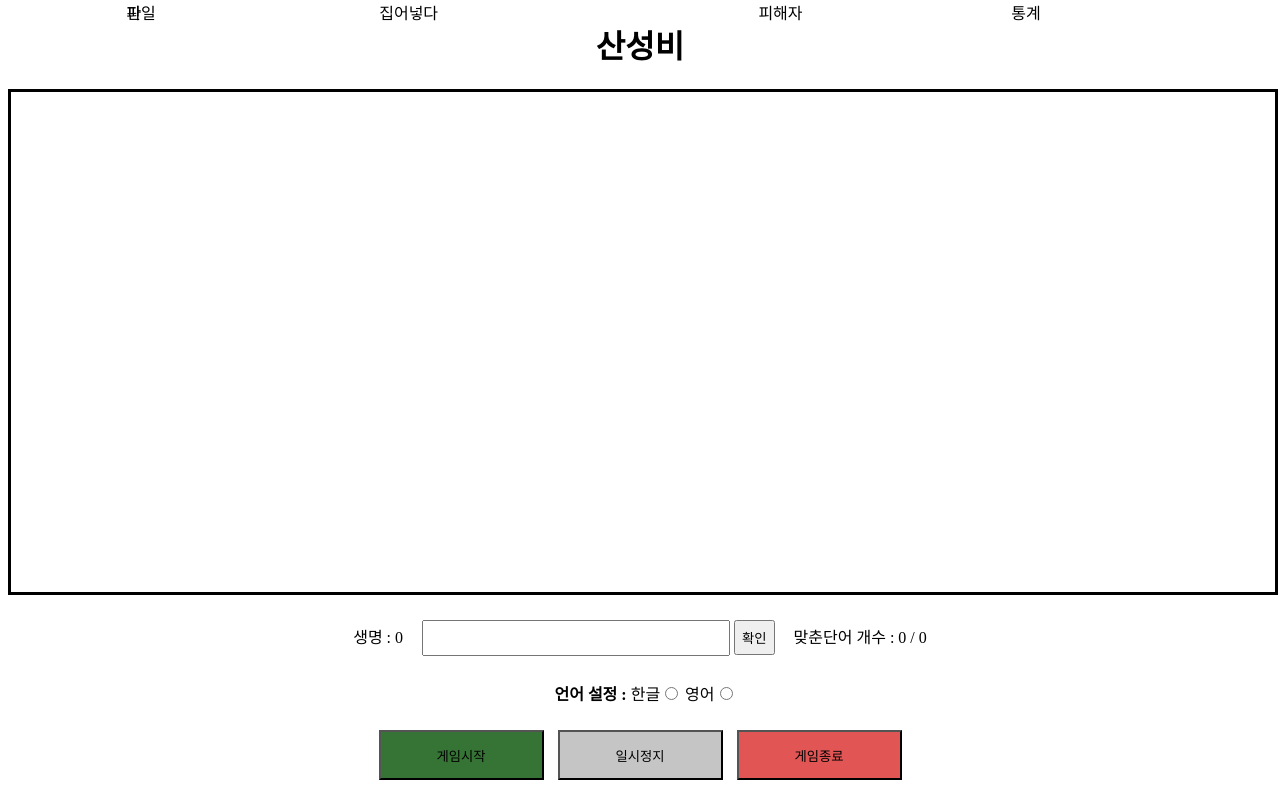
Repository: yuj1818/Hustar_JavaScript
Page: edu/edu/view/js_edu/sanseongbee.html
These files come from the project's save history. The page is drawn as it stood at one moment and after the next save; the edit follows.
The browser window is 1280 px wide. The pictures show the whole page.

Above is the page before, as saved 2022-06-02 07:39:46.
Console error: ReferenceError: word_els is not defined

### edu/edu/view/js_edu/sanseongbee.html
<!DOCTYPE html>
<html>
	<head>
		<meta charset="UTF-8">
		<title>산성비 게임</title>
		<style>
			.game_main {
				border: 3px solid #000;
				width: 100%;
				height: 500px;
			}

			input#answer {
				width: 300px;
				height: 30px;
			}

			button#answer_submit {
				height:  35px;
			}

			.game_management_btn {
				width: 165px;
				height: 50px;
				/* top right botton left*/
				margin: 0px 5px;
				/*margin 값이 2개만 있으면 앞에 거는 위아래, 뒤에 거는 양쪽으로 해석*/
			}

			.background_red {
				background-color: #e15555;
			}

			.background_green {
				background-color: #357435;
			}

			.background_gray {
				background-color: #c5c5c5;
			}

			.text_center {
				text-align: center;
			}
		</style>
	</head>
	<body>
		<h1 class="text_center">산성비</h1>

		<div class="game_main" id="game_main"></div>

		<div class="text_center" style="margin-top: 25px">
			<span style="margin-right: 15px;">
				생명 :
				<span id="life">0</span>
			</span>

			<span style="margin-right: 15px;">
				<input id="answer" type="text"/>
				<button id="answer_submit">확인</button>
			</span>

			<span>
				맞춘단어 개수 :
				<span id="words_size">0</span>
				/
				<span id="answer_size">0</span>
			</span>
		</div>

		<div class="text_center" style="margin-top: 25px;">
			<span style="font-weight: bold; margin-left: 10px;">언어 설정 : </span>
			<label for="korean">한글</label><input id="korean" name="lan_type" type="radio"/>
			<label for="english">영어</label><input id="english" name="lan_type" type="radio"/>
		</div>

		<div class="text_center" style="margin-top: 25px">
			<button class="game_management_btn background_green">게임시작</button>
			<button class="game_management_btn background_gray">일시정지</button>
			<button class="game_management_btn background_red">게임종료</button>
		</div>
	</body>

	<script>




		/*
			게임 종료
				↳단어 한개씩 표출하기 -> 중단 or 다 삭제
					↳표출된 단어 밑으로 내리기 -> 중단 or 다 삭제
				↳게임 수행 결과 표시(맞춘 단어 개수, 오타 개수, 남은 생명)
				↳생명 0으로 만들기 -> 선택
				↳맞춘 개수 0으로 만들기 -> 선택
		*/

		/*
			일시정지
				↳단어 한개씩 표출하기 -> 중단 -> 일시정지 중인 것을 확인 할 수 있도록 표시
				↳표출된 단어 밑으로 내리기 -> 중단
		*/

		//생명
		const _life = 3;

		//게임 총 진행 시간
		const _game_time = 60;

		//단어가 내려오는 속도
		const _word_speed = 1;

		//단어가 내려오는 위치 크기(px)
		const _word_down_size = 50;

		//단어 목록
		let words = {
				korean: ["집어넣다", "통계", "파일", "판", "피해자"],
				english: ["aaa", "bbb", "ccc", "ddd", "eee"]
		};
					/* "집어넣다", "통계", "파일", "판", "피해자","필수적","학용품","환하다","화분","감기","강남","구속되다",
					"돌아다니다","등등","멋지다","반팔","반찬","방지","베다","보장하다","세다","소개되다","씨","안쪽","억울하다",
					"오가다","요구되다","음성","이윽고","장식","전개하다","전날","전반적";*/

		//현재 생명
		let life = 0;

		//맞춘 단어 개수
		let answer_size = 0;

		//오타 개수
		let wrong_size = 0;

		//현재 게임 시간
		let game_time = 0;

		//언어 설정 값
		let lan_type = "korean";

		/*
			게임 시작 전
				↳언어 설정(default값: 한글)
				↳초기화
					↳생명 = 3
					↳맞춘 개수 = 0
					↳오타 개수 = 0
		*/
		//java script data 초기화
		function reset () {
			life = _life;
			answer_size = 0;
			wrong_size = 0;
			game_time = _game_time;
			len_type = "korean";

			html_reset();
		}

		//data 초기화 후, html 초기화
		function html_reset () {
			document.getElementById("life").innerHTML = life;
			document.getElementById("words_size").innerHTML = words[lan_type].length;
			document.getElementById("answer_size").innerHTML = answer_size;
		}

		/*
			게임 시작
				↳시간(초) 카운트 다운
				↳단어 섞기
				↳단어 한개씩 표출하기(몇초 단위로?, 위치 x 를 무작위로 정해주기)
					↳표출된 단어들을 밑으로 내리기(하강 속도는? (단위:초?))
				↳생명이 하나씩 깎이도록 하기
					↳게임 메인 영역에 단어가 맨 밑으로 내려갔을 때
					↳정답을 잘못 입력했을 때
				↳게임 종료 하기
					↳생명이 0이 되었을 때
					↳정답을 다 맞추었을 때
					↳종료 버튼 눌렀을 때
				↳정답을 맞추면
					↳맞춘 단어 개수를 증가 시키기 -> 화면에 표시해주기
					↳맞춘 단어 화면에서 지워주기

		*/

		function start() {
			reset();//데이터 및 html 초기화
		}

		//단어 섞기
		function words_shuffle () {
			for (let i = 0; i < words[lan_type].length; i++){
				let value = Math.random();//value:0 ~ 1이하
				let random_index = Math.floor(value * words[lan_type].length);
				let firstValue = words[lan_type][i];
				let randomIndexValue = words[lan_type][random_index];
				words[lan_type][i] = randomIndexValue;
				words[lan_type][random_index] = firstValue;
			}
		}

		//시간 카운트 다운
		//setInterval(콜백함수, 속도(단위:ms))
		let game_count_down_obj = setInterval(game_time_add, 1000);
		//게임 시간 증가 시키기
		function game_time_add(){
			game_time++;
			//게임 종료 기능 호출 필요
		}

		//표출된 단어 수
		let word_view_count = 0;
		//지정한 시간 마다 단어 표출하기
		let word_viewer_obj = setInterval(word_view, _word_speed * 1000)
		//단어 한개씩 표출하기
		function word_view() {
			let game_main_el = document.getElementById("game_main");
			let div_value = game_main.clientWidth/10;//game_main element의 width값
			let random_x_index = Math.floor(Math.random() * 9);//0~9
			let x_point = random_x_index * div_value;//랜덤 x pixel 좌표

			//HTML element 동적 생성
			let span = document.createElement("span");//javascript 구문
			span.setAttribute("class", "word");
			span.style.position = "absolute";
			span.style.left = x_point + "px";//javascript 구문
			span.style.top = "0px"//javascript 구문
			span.innerHTML = words[lan_type][word_view_count++];

			game_main_el.appendChild(span);
		}

		//지정한 시간마다 단어 표출하기
		let word_y_position_change_obj = setInterval(word_y_position_change, _word_speed * 1000);
		//단어 내리기
		function word_y_position_change() {
			let words_els = document.getElementsByClassName("word");
			for (let i = 0; i < words_els.length; i++){
				let temp = words_els[i].style.top;
				let temp_value = Number(temp.replace("px",""));
				temp_value += _word_down_size;
				word_els[i].style.top = temp_value + "px";
			}
		}

	</script>
</html>

After the next save:
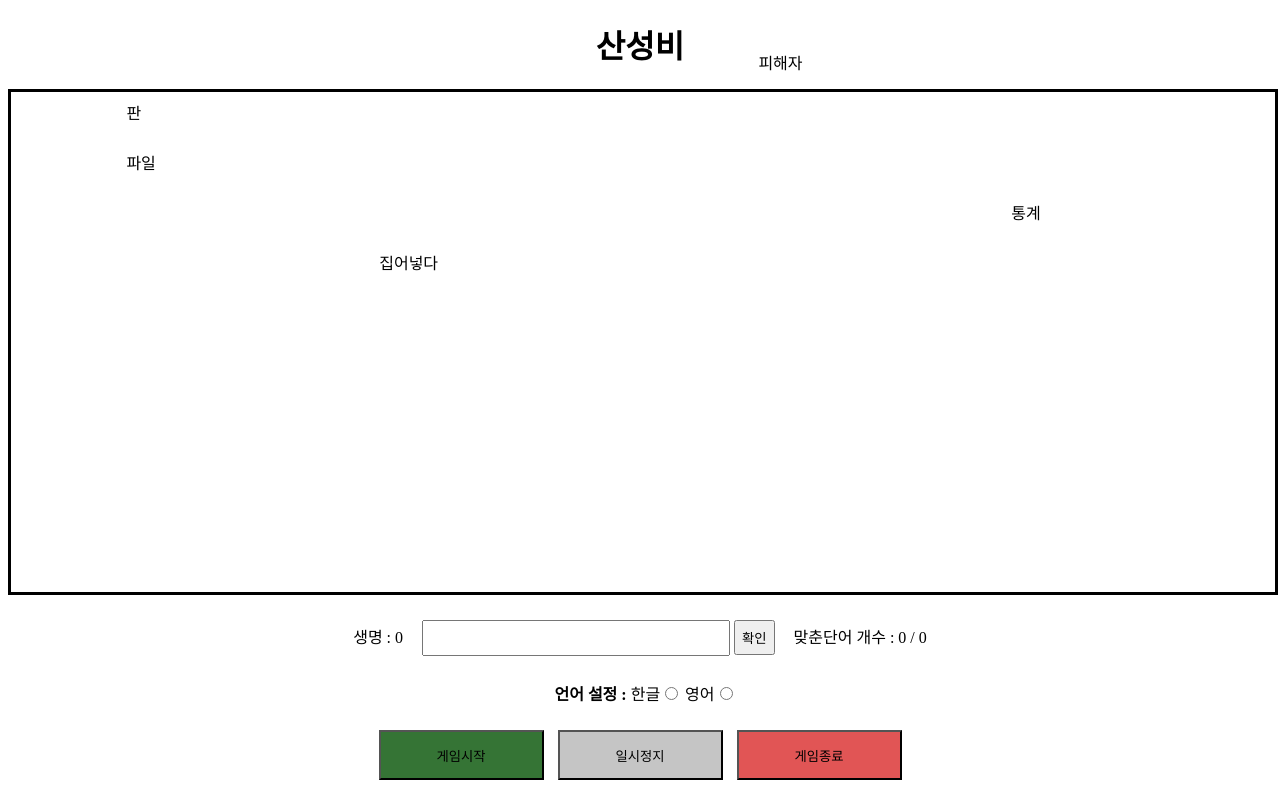
The error is gone.
Saved 10 s later.
--- a/edu/edu/view/js_edu/sanseongbee.html
+++ b/edu/edu/view/js_edu/sanseongbee.html
@@ -238,7 +238,7 @@
 				let temp = words_els[i].style.top;
 				let temp_value = Number(temp.replace("px",""));
 				temp_value += _word_down_size;
-				word_els[i].style.top = temp_value + "px";
+				words_els[i].style.top = temp_value + "px";
 			}
 		}
 
